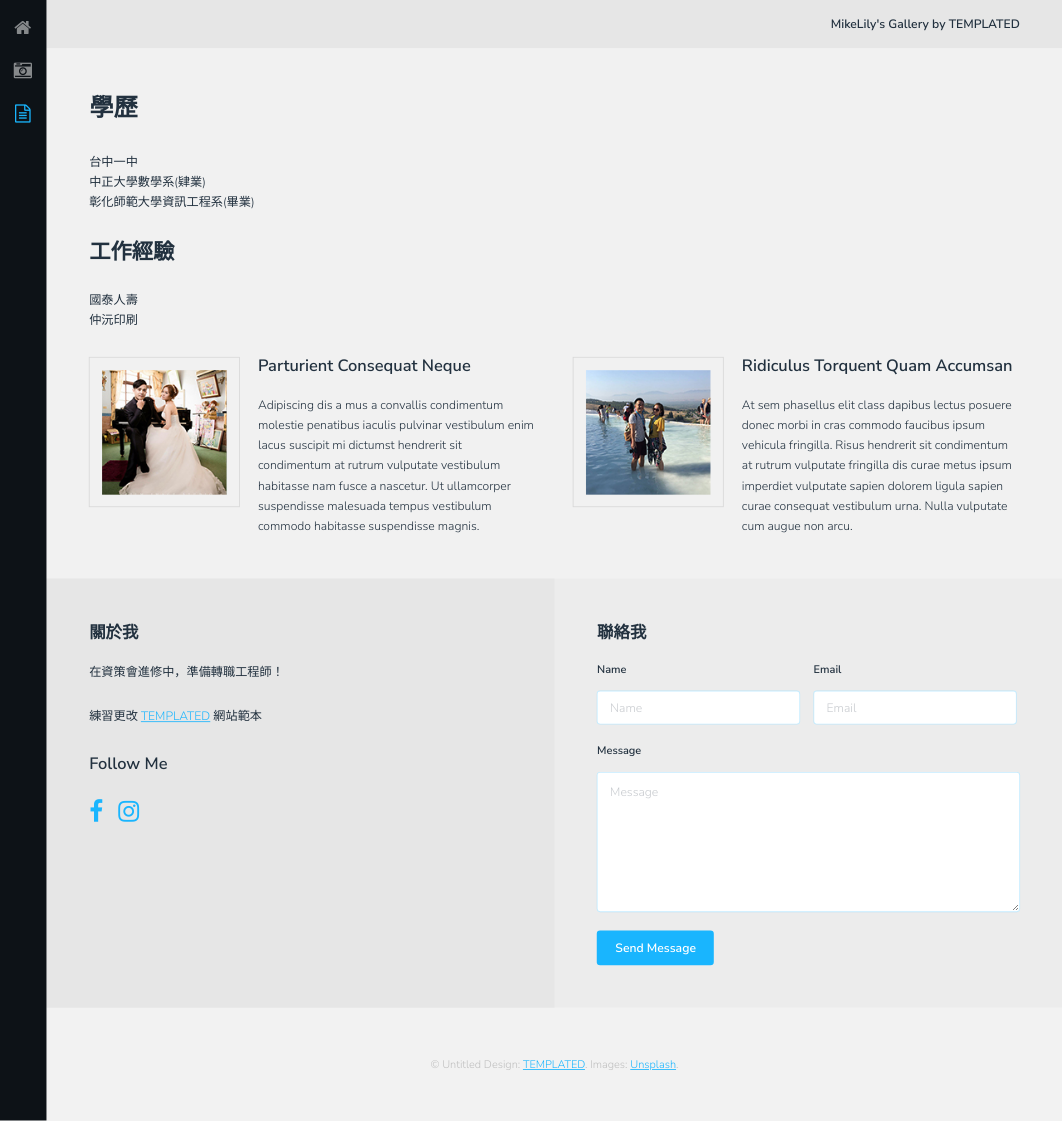
Repository: mikelily/lab
Page: Template HW/generic.html
The author's editor kept a record of every edit. The page is drawn from the files as they stood at one moment, then again after the next edit.
The browser window is 1280 px wide. The pictures show the whole page, at 83% of full size.

Above is the page before.

After the next edit:
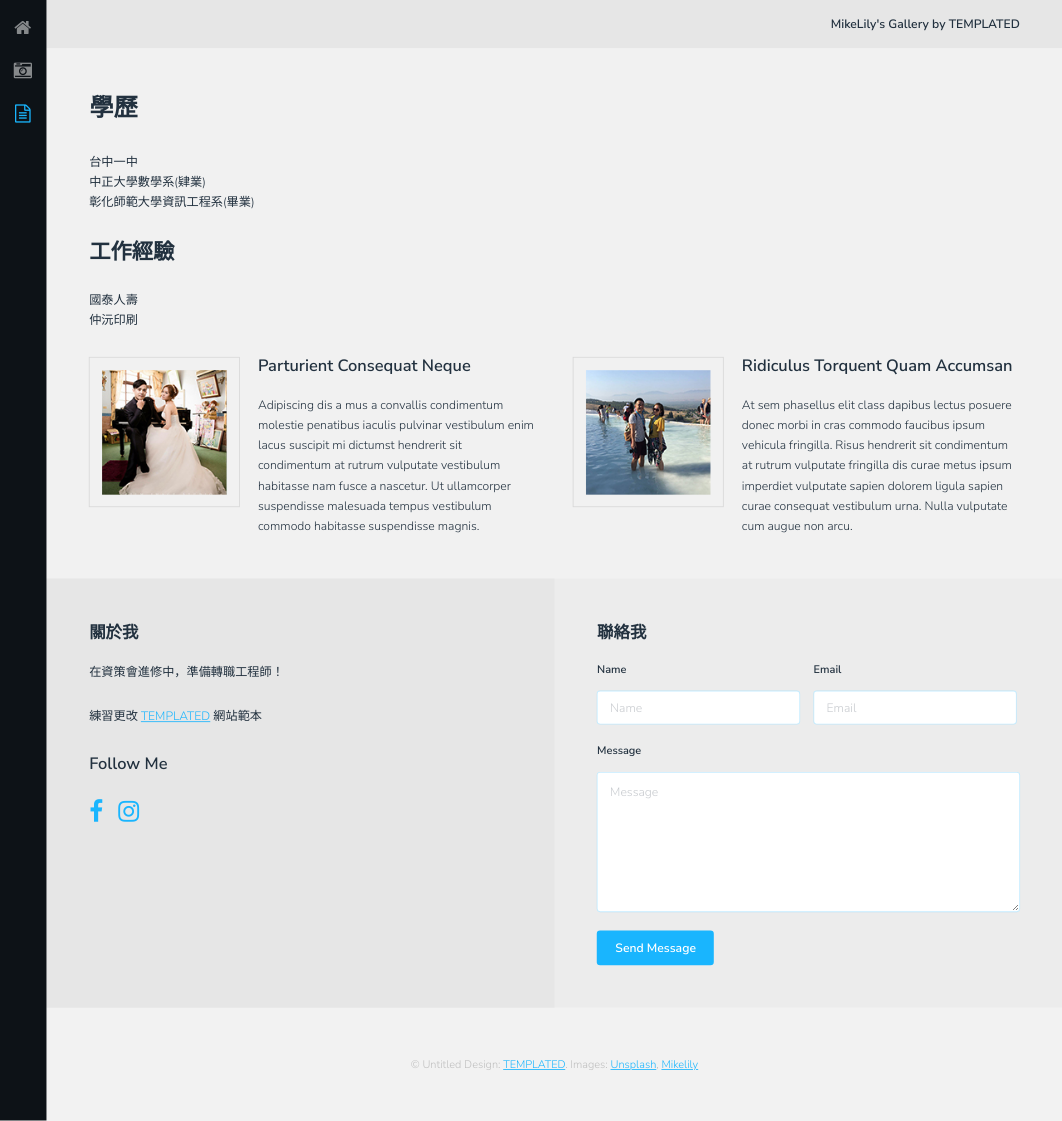
The edit:
--- a/Template HW/generic.html
+++ b/Template HW/generic.html
@@ -105,7 +105,9 @@
 					<!-- Footer -->
 						<footer id="footer">
 							<div class="copyright">
-								&copy; Untitled Design: <a href="https://templated.co/">TEMPLATED</a>. Images: <a href="https://unsplash.com/">Unsplash</a>.
+								&copy; Untitled Design: <a href="https://templated.co/" target="_blank">TEMPLATED</a>.
+								Images: <a href="https://unsplash.com/" target="_blank">Unsplash</a>,
+								<a href="https://www.instagram.com/ncueaul/" target="_blank">Mikelily</a>
 							</div>
 						</footer>
 				</section>
